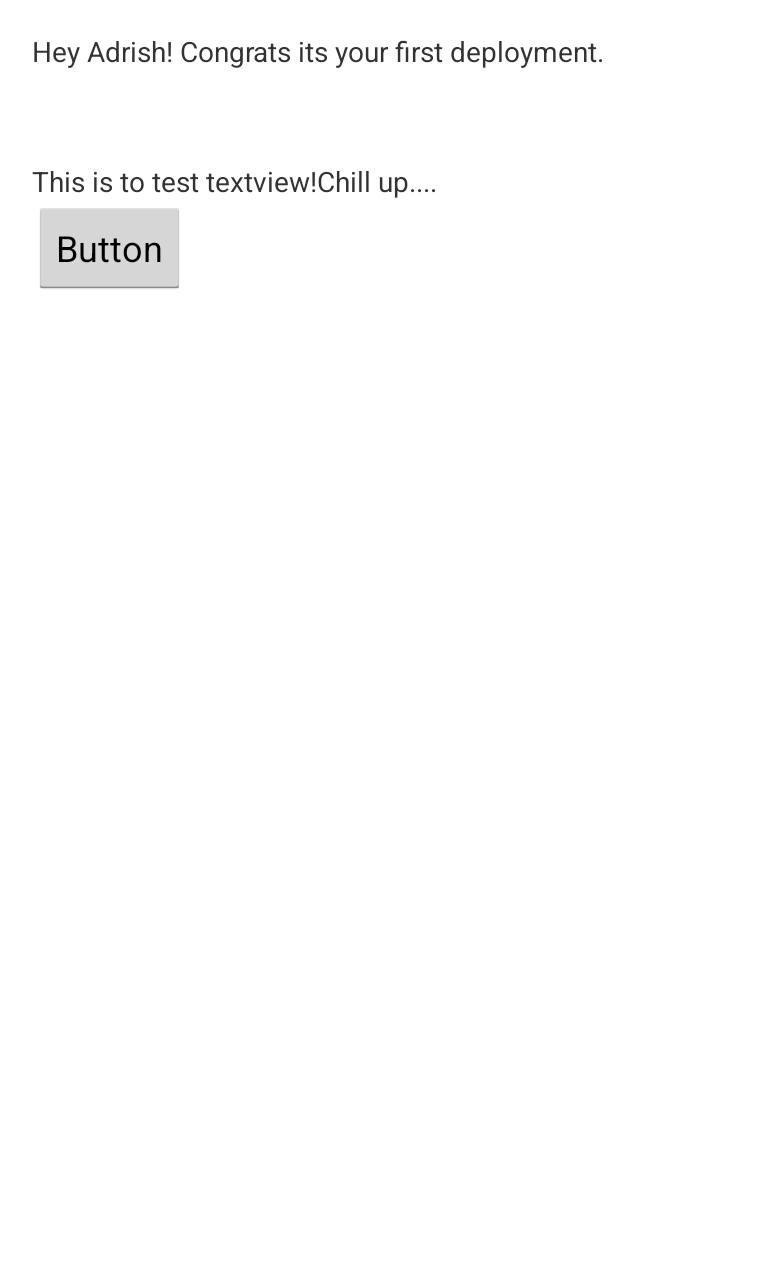
Repository: adrish00/android_learning
Layout: Demo000Ex1MyFirstAppEx/res/layout/activity_corp_activity_one.xml
An editor plug-in stored every save of this project. The layout is shown before and after the next save, followed by the edit.
It is drawn on a 768 x 1280 px phone screen (xhdpi) without system bars, with theme AppTheme; the app's code is not run.

Above is the layout before, as saved 2015-09-04 21:44:50.

After the next save:
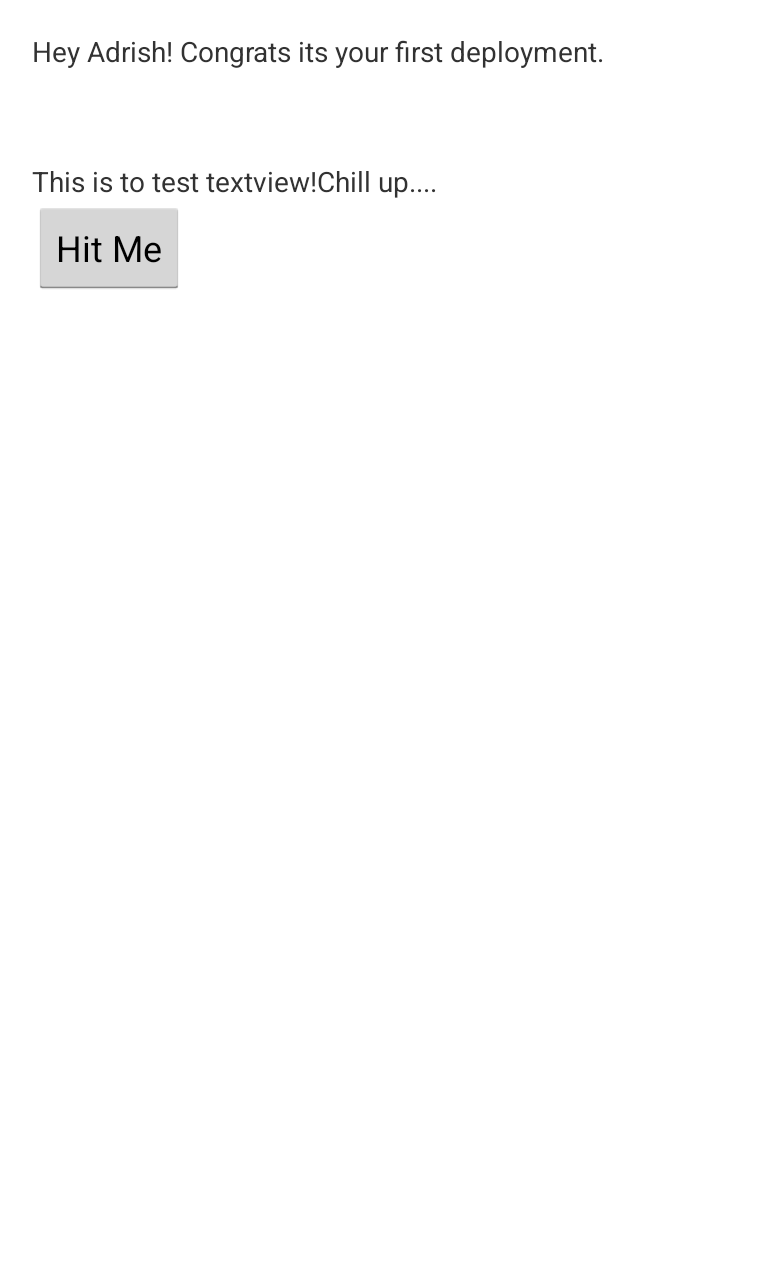
Saved 13 s later.
--- a/Demo000Ex1MyFirstAppEx/res/layout/activity_corp_activity_one.xml
+++ b/Demo000Ex1MyFirstAppEx/res/layout/activity_corp_activity_one.xml
@@ -33,7 +33,7 @@
             android:id="@+id/button1"
             android:layout_column="0"
             android:layout_row="1"
-            android:text="Button" />
+            android:text="@string/hitMe" />
     </GridLayout>
 
 </RelativeLayout>
